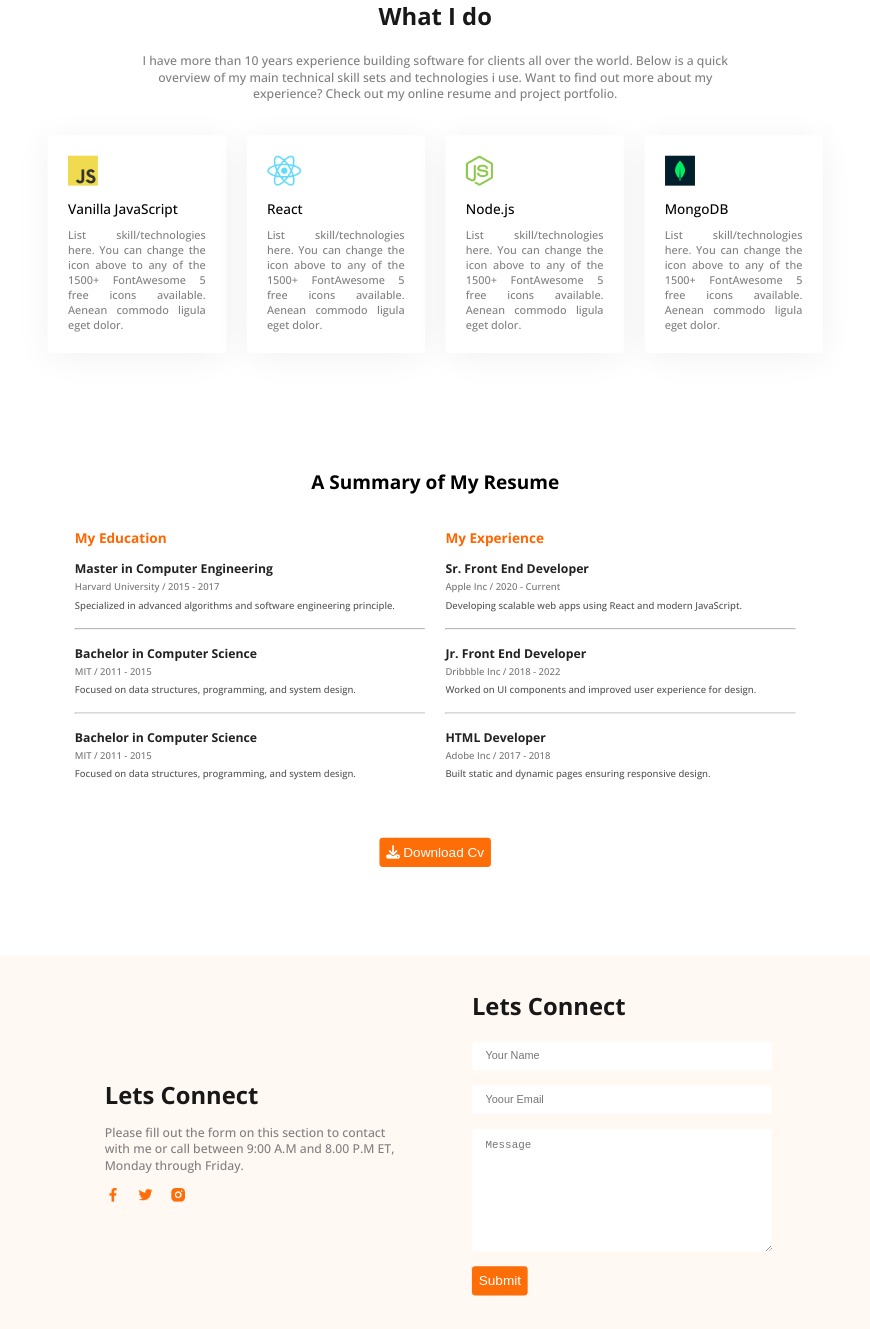
Repository: nahid-hasann/website-1
Page: index.html
The author's editor kept a copy of each file at every save. The page is drawn from the files as they stood at one save, then again after the next save.
The browser window is 1280 px wide. The pictures show the whole page, at 68% of full size.

Above is the page before, as saved 2025-07-16 10:55:26.

After the next save:
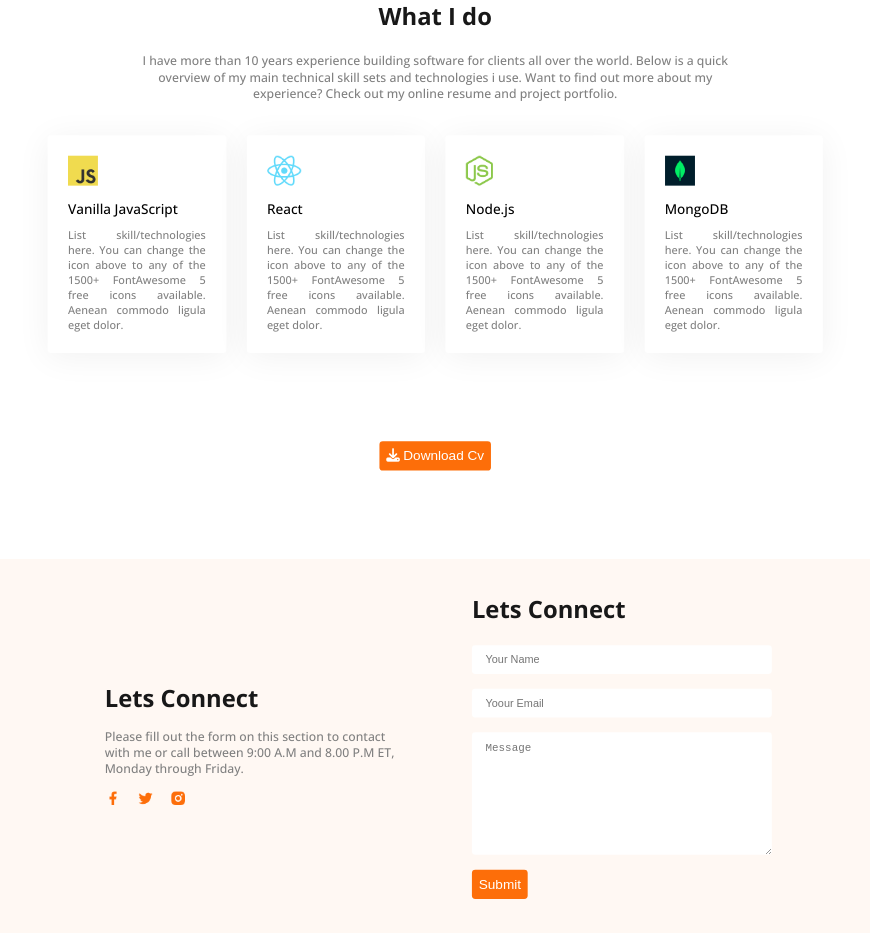
Saved 18 s later.
--- a/index.html
+++ b/index.html
@@ -109,7 +109,7 @@
 
   <section>
 
-<div class="container-m">
+<div class="container-m hide">
     <h2>A Summary of My Resume</h2>
     <div class="grid">
       <div class="section-m">

After the save that followed:
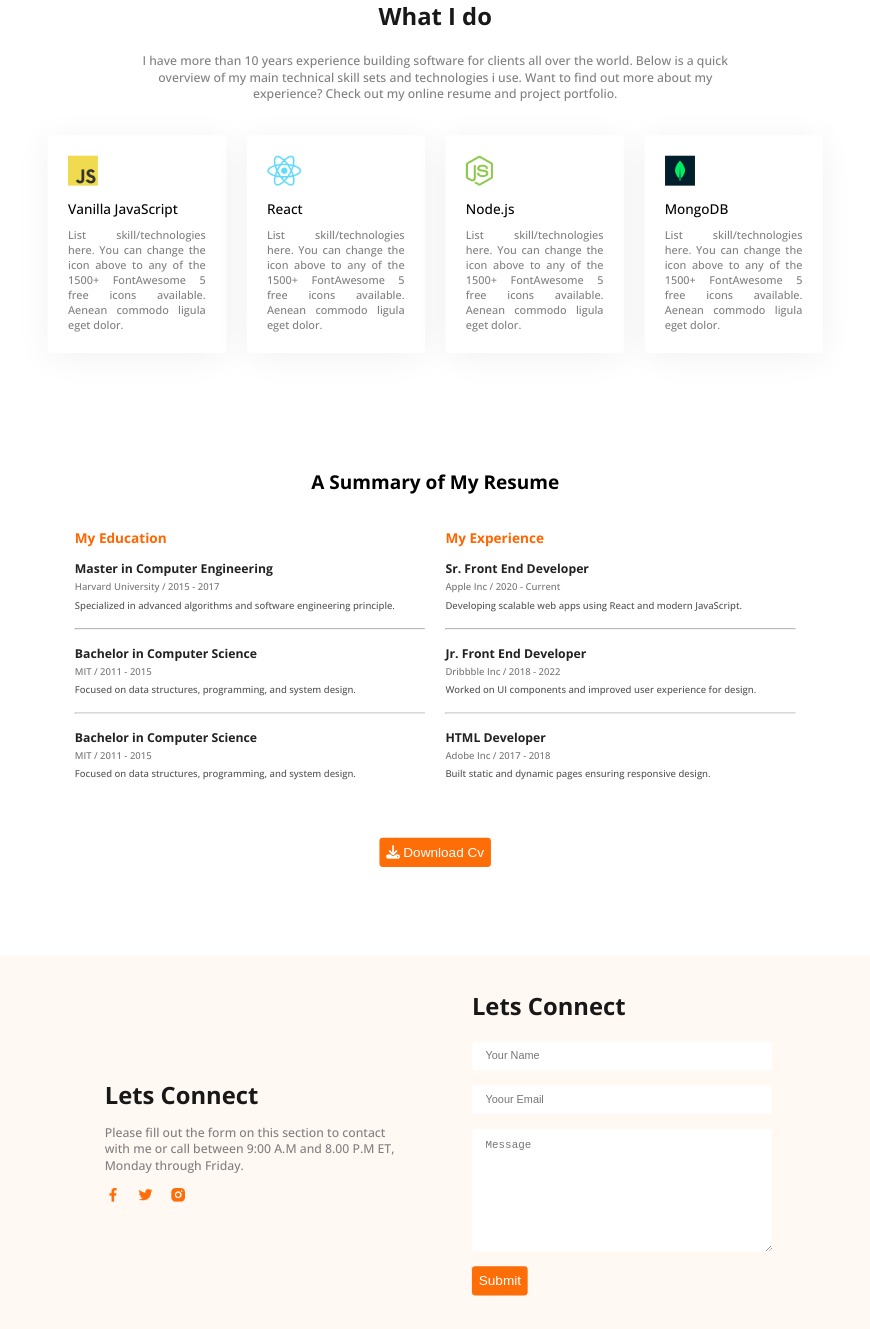
Saved 16 s later.
--- a/index.html
+++ b/index.html
@@ -109,7 +109,7 @@
 
   <section>
 
-<div class="container-m hide">
+<div class="container-m">
     <h2>A Summary of My Resume</h2>
     <div class="grid">
       <div class="section-m">
